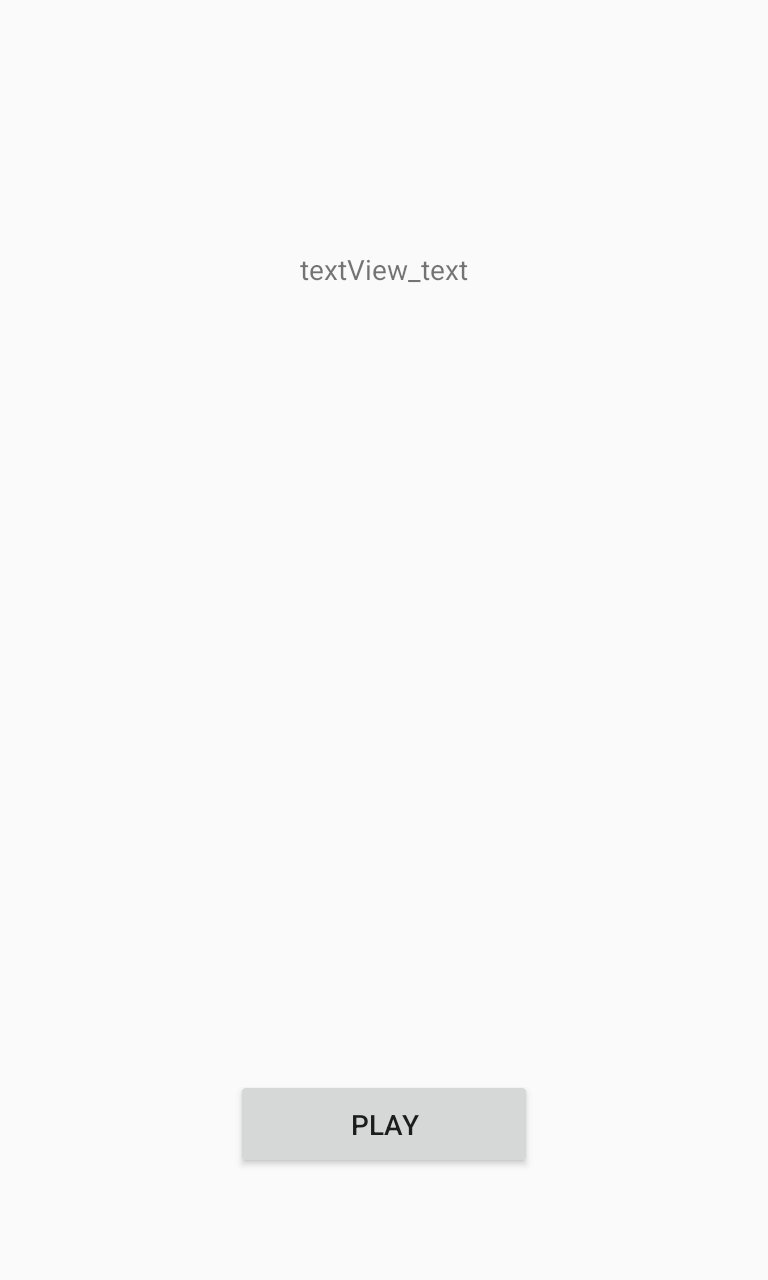
Repository: AlvaroCortez/Assigment2
Layout: AudioPlayer/res/layout/media_player_layout.xml
An editor plug-in stored every save of this project. The layout is shown before and after the next save, followed by the edit.
It is drawn on a 768 x 1280 px phone screen (xhdpi) without system bars, with theme AppTheme; the app's code is not run.

Above is the layout before, as saved 2014-06-03 11:28:38.

After the next save:
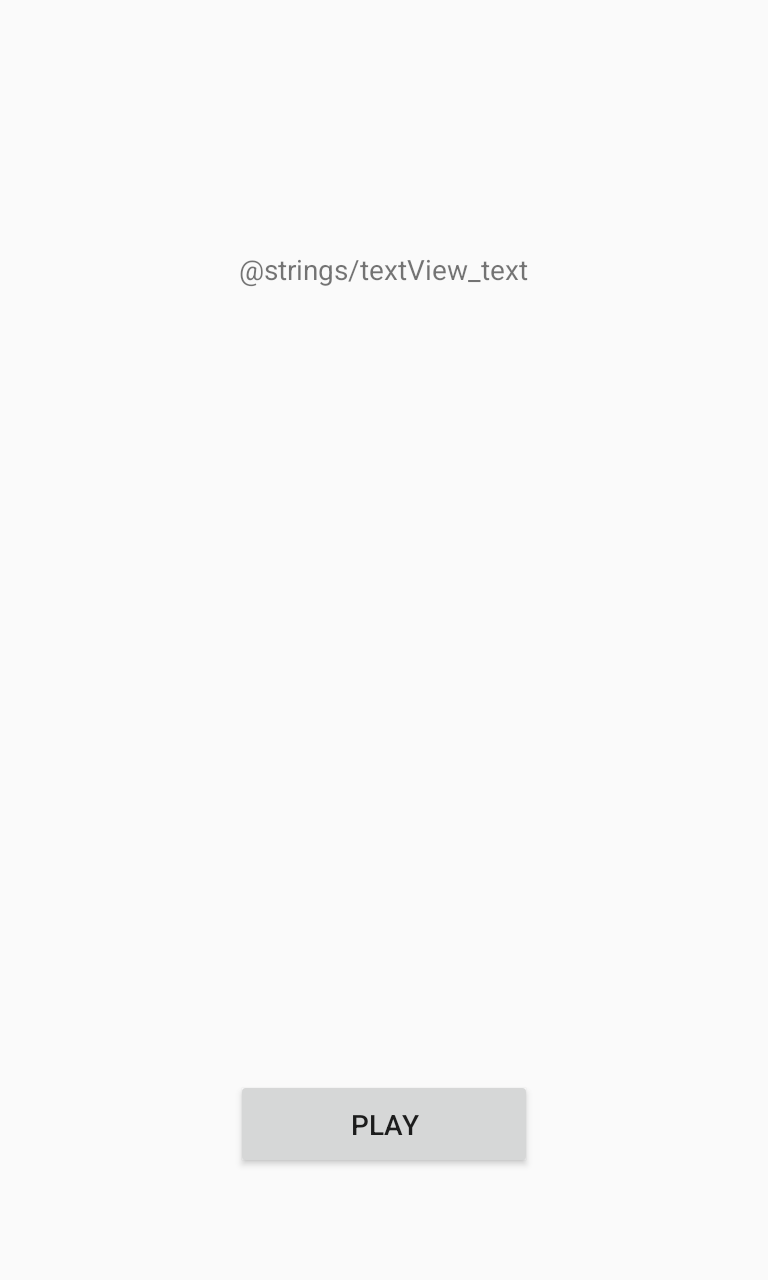
Saved 15 s later.
--- a/AudioPlayer/res/layout/media_player_layout.xml
+++ b/AudioPlayer/res/layout/media_player_layout.xml
@@ -20,6 +20,6 @@
         android:layout_alignParentTop="true"
         android:layout_centerHorizontal="true"
         android:layout_marginTop="125dp"
-        android:text="textView_text" />
+        android:text="@strings/textView_text" />
 
 </RelativeLayout>
